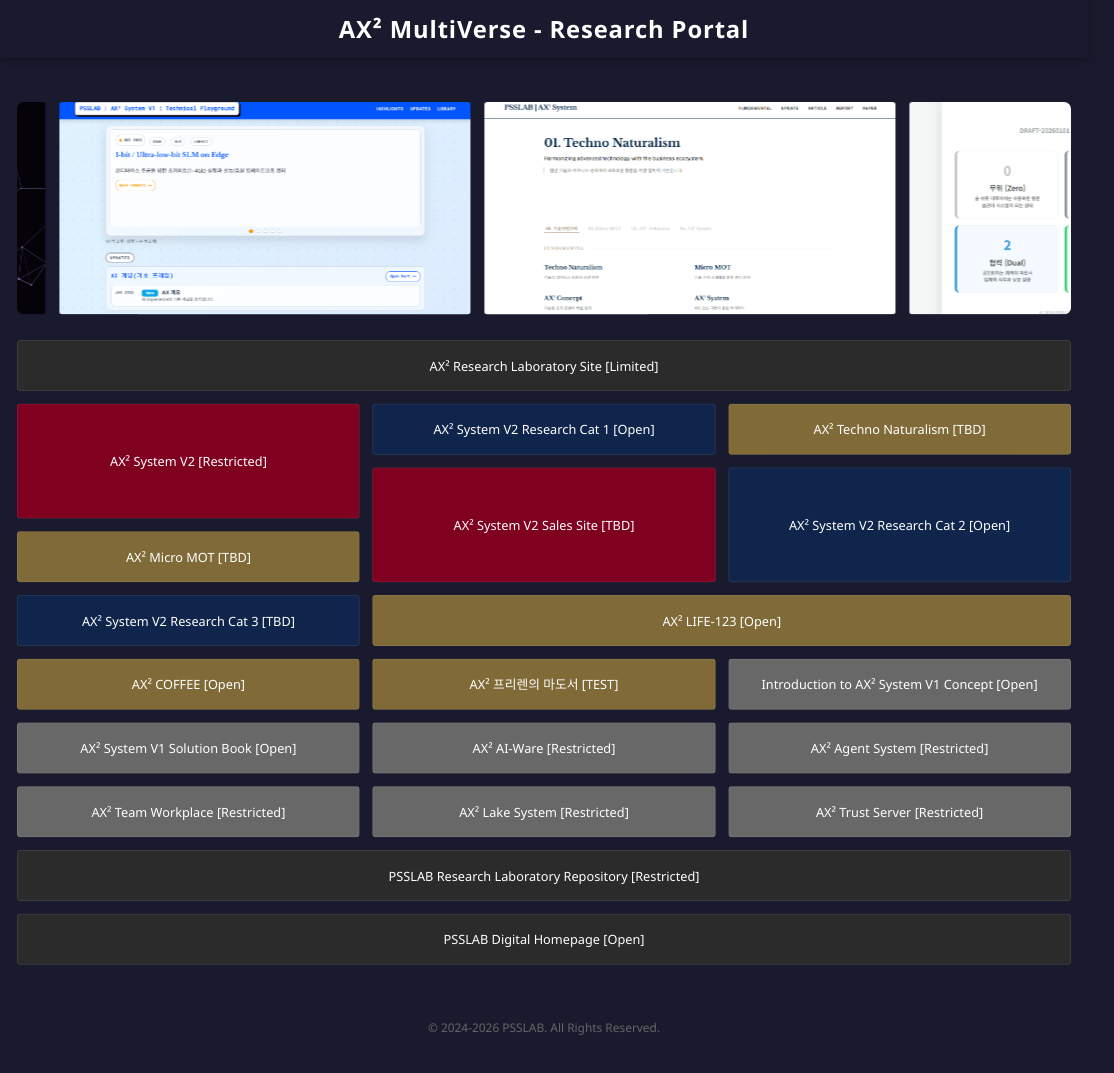
Repository: hycse89/PSSLAB_OpenSite
Page: psslab_multiverse_v3.html
The author's editor kept a copy of each file at every save. The page is drawn from the files as they stood at one save, then again after the next save.
The browser window is 1280 px wide. The page is 1310 px wide, so the pictures cover 1310 px, including what lies to the right of the window. The pictures show the whole page, at 85% of full size.

Above is the page before, as saved 2026-01-11 21:56:21.

### psslab_multiverse_v3.html
<!DOCTYPE html>
<html lang="en">
<head>
    <meta charset="UTF-8">
    <meta name="viewport" content="width=device-width, initial-scale=1.0">
    <title>PSSLAB MultiVerse Campus - Mondrian Edition</title>

    <link rel="icon" type="image/png" href="favicon.png">

    <style>
        /* General Page Styles */
        body {
            margin: 0;
            background-color: #1a1a2e;
            font-family: 'Segoe UI', Arial, sans-serif;
            display: flex;
            flex-direction: column;
            align-items: center;
            min-height: 100vh;
            color: #ffffff;
        }

        /* Fixed Header */
        .header {
            position: fixed;
            top: 0;
            left: 0;
            width: 100%;
            background-color: #1a1a2e;
            color: #ffffff;
            z-index: 1000;
            padding: 15px 0;
            box-shadow: 0 2px 10px rgba(0,0,0,0.3);
        }

        .header h1 {
            font-size: 28px;
            margin: 0;
            text-align: center;
            letter-spacing: 1px;
        }

        /* Main content container */
        .main-content {
            margin-top: 100px;
            width: 100%;
            max-width: 1400px;
            display: flex;
            flex-direction: column;
            align-items: center;
            padding: 20px;
            box-sizing: border-box;
        }

        /* Image Slider Container */
        .slider-container {
            width: 100%;
            overflow: hidden;
            margin-bottom: 30px;
            border-radius: 8px;
        }

        .slider-wrapper {
            display: flex;
            width: calc(500px * 13);
            animation: scroll 60s linear infinite;
        }

        .slider-image {
            width: 500px;
            height: 250px;
            flex-shrink: 0;
            padding: 0 8px;
            box-sizing: border-box;
        }

        .slider-image img {
            width: 100%;
            height: 100%;
            object-fit: cover;
            border-radius: 4px;
        }

        @keyframes scroll {
            0% { transform: translateX(0); }
            100% { transform: translateX(calc(-500px * 11)); }
        }

        /* --- Mondrian Grid Layout System --- */
        .link-container {
            display: grid;
            /* 최소 너비 350px 확보 */
            grid-template-columns: repeat(auto-fill, minmax(350px, 1fr));
            /* 60px 단위의 눈금 설정 */
            grid-auto-rows: 60px;
            gap: 15px;
            width: 100%;
            /* 빈 공간을 최적으로 메워주는 설정 */
            grid-auto-flow: dense;
        }

        /* Link Button Base Style */
        .link-button {
            display: flex;
            align-items: center;
            justify-content: center;
            padding: 20px;
            font-size: 15px;
            color: white;
            text-decoration: none;
            border-radius: 4px;
            transition: all 0.3s cubic-bezier(0.25, 0.8, 0.25, 1);
            text-align: center;
            box-sizing: border-box;
            line-height: 1.4;
            border: 1px solid rgba(255,255,255,0.1);
        }

        .link-button:hover {
            transform: scale(1.01);
            filter: brightness(1.2);
            box-shadow: 0 5px 15px rgba(0,0,0,0.3);
            z-index: 2;
        }

        /* --- Mondrian Size Classes (Proportional) --- */
        /* 가로 비중 */
        .w-1 { grid-column: span 1; }
        .w-2 { grid-column: span 2; }
        .w-3 { grid-column: span 3; }

        /* 세로 비중 (60px의 배수) */
        .h-1 { grid-row: span 1; } /* 120px + gap */
        .h-2 { grid-row: span 2; } /* 240px + gap */
        .h-3 { grid-row: span 3; } /* 360px + gap */

        /* 특수 크기: 제목 강조형 */
        .size-hero { grid-column: span 2; grid-row: span 4; font-size: 1.2rem; font-weight: bold; }

        /* Button Colors */
        .color-1 { background-color: #0F254B; }
        .color-2 { background-color: #800020; }
        .color-3 { background-color: #806a37; }
        .color-4 { background-color: #2b2b2b; }
        .color-5 { background-color: #686868; }

        footer {
            width: 100%;
            padding: 30px;
            text-align: center;
            background-color: #1a1a2e;
            color: #666;
            font-size: 14px;
        }

        /* Responsive */
        @media (max-width: 768px) {
            .link-container { grid-template-columns: 1fr; }
            .w-2, .h-2, .h-3, .size-hero { grid-column: span 1; grid-row: span 2; }
        }
    </style>
</head>
<body>

    <header class="header">
        <h1>AX² MultiVerse - Research Portal</h1>
    </header>

    <main class="main-content">
        <div class="slider-container">
            <div class="slider-wrapper">
                <div class="slider-image"><img src="./images/Image2.png" alt="2"></div>
                <div class="slider-image"><img src="./images/Image21.png" alt="21"></div>
                <div class="slider-image"><img src="./images/Image22.png" alt="22"></div>
                <div class="slider-image"><img src="./images/Image31.png" alt="31"></div>
                <div class="slider-image"><img src="./images/Image32.png" alt="32"></div>
                <div class="slider-image"><img src="./images/Image11.png" alt="11"></div>
                <div class="slider-image"><img src="./images/Image3.png" alt="3"></div>
                <div class="slider-image"><img src="./images/Image4.png" alt="4"></div>
                <div class="slider-image"><img src="./images/Image5.png" alt="5"></div>
                <div class="slider-image"><img src="./images/Image1.png" alt="1"></div>
                <div class="slider-image"><img src="./images/Image2.png" alt="2"></div>
            </div>
        </div>

        <div class="link-container">
            <a href="https://hycse89.github.io/PSSLAB_OpenSite/ax2_research_lab/" class="link-button color-4 w-3 h-1">AX² Research Laboratory Site [Limited]</a>

            <a href="http://localhost:8008" class="link-button color-2 h-2">AX² System V2 [Restricted]</a>
            <a href="ax2_v1_20260101/index.html" class="link-button color-1 h-1">AX² System V2 Research Cat 1 [Open]</a>
            <a href="http://localhost:8001/utils/markdown_viewer.html?file=/ax_research/doc/doc_ax_techno_naturalism_v5.md" class="link-button color-3 h-1">AX² Techno Naturalism [TBD]</a>

            <a href="ax2_sales/index.html" class="link-button color-2 w-1 h-2">AX² System V2 Sales Site [TBD]</a>
            <a href="ax2_v2_20260101/index.html" class="link-button color-1 h-2">AX² System V2 Research Cat 2 [Open]</a>
            <a href="http://localhost:8001/utils/markdown_viewer.html?file=/ax_research/doc/doc_ax_micro_mot_v2.md" class="link-button color-3 h-1">AX² Micro MOT [TBD]</a>


            <a href="ax2_v3_20260101/index.html" class="link-button color-1 h-1">AX² System V2 Research Cat 3 [TBD]</a>


            <a href="http://localhost:8001/ax_site/ax2_life_123/index.html" class="link-button color-3 w-2 h-1">AX² LIFE-123 [Open]</a>
            <a href="http://localhost:8001/ax_site/ax2_coffee/index.html" class="link-button color-3 h-1">AX² COFFEE [Open]</a>
            <a href="http://localhost:8001/ax_site/ax2_frieren/index.html" class="link-button color-3 h-1">AX² 프리렌의 마도서 [TEST]</a>

            <a href="ax2_v1_concept/ax2_homepage.html" class="link-button color-5 h-1">Introduction to AX² System V1 Concept [Open]</a>
            <a href="ax2_v1_concept/solution_book/index.html" class="link-button color-5 h-1">AX² System V1 Solution Book [Open]</a>
            <a href="http://localhost:8002" class="link-button color-5 w-1 h-1">AX² AI-Ware [Restricted]</a>
            <a href="http://localhost:8003" class="link-button color-5 w-1 h-1">AX² Agent System [Restricted]</a>
            <a href="http://localhost:8007" class="link-button color-5 w-1 h-1">AX² Team Workplace [Restricted]</a>
            <a href="http://localhost:8004" class="link-button color-5 w-1 h-1">AX² Lake System [Restricted]</a>
            <a href="http://localhost:8005" class="link-button color-5 w-1 h-1">AX² Trust Server [Restricted]</a>

            <a href="https://github.com/hycse89" class="link-button color-4 w-3 h-1">PSSLAB Research Laboratory Repository [Restricted]</a>
            <a href="http://www.psslab.co.kr" class="link-button color-4 w-3 h-1">PSSLAB Digital Homepage [Open]</a>
        </div>
    </main>

    <footer>
        <p>&copy; 2024-2026 PSSLAB. All Rights Reserved.</p>
    </footer>

</body>
</html>

After the next save:
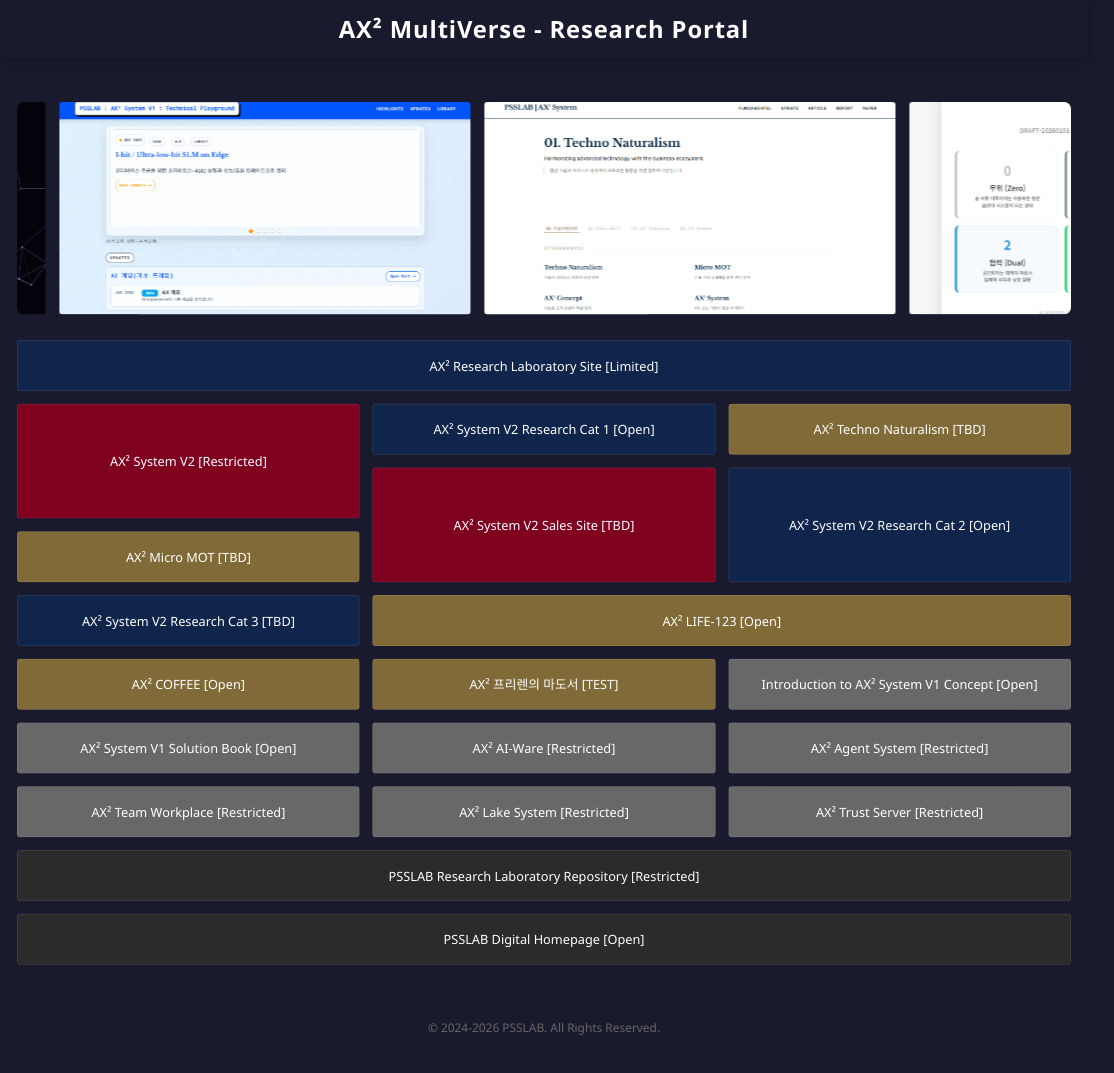
Saved 48 s later.
--- a/psslab_multiverse_v3.html
+++ b/psslab_multiverse_v3.html
@@ -184,7 +184,7 @@
         </div>
 
         <div class="link-container">
-            <a href="https://hycse89.github.io/PSSLAB_OpenSite/ax2_research_lab/" class="link-button color-4 w-3 h-1">AX² Research Laboratory Site [Limited]</a>
+            <a href="https://hycse89.github.io/PSSLAB_OpenSite/ax2_research_lab/" class="link-button color-1 w-3 h-1">AX² Research Laboratory Site [Limited]</a>
 
             <a href="http://localhost:8008" class="link-button color-2 h-2">AX² System V2 [Restricted]</a>
             <a href="ax2_v1_20260101/index.html" class="link-button color-1 h-1">AX² System V2 Research Cat 1 [Open]</a>
